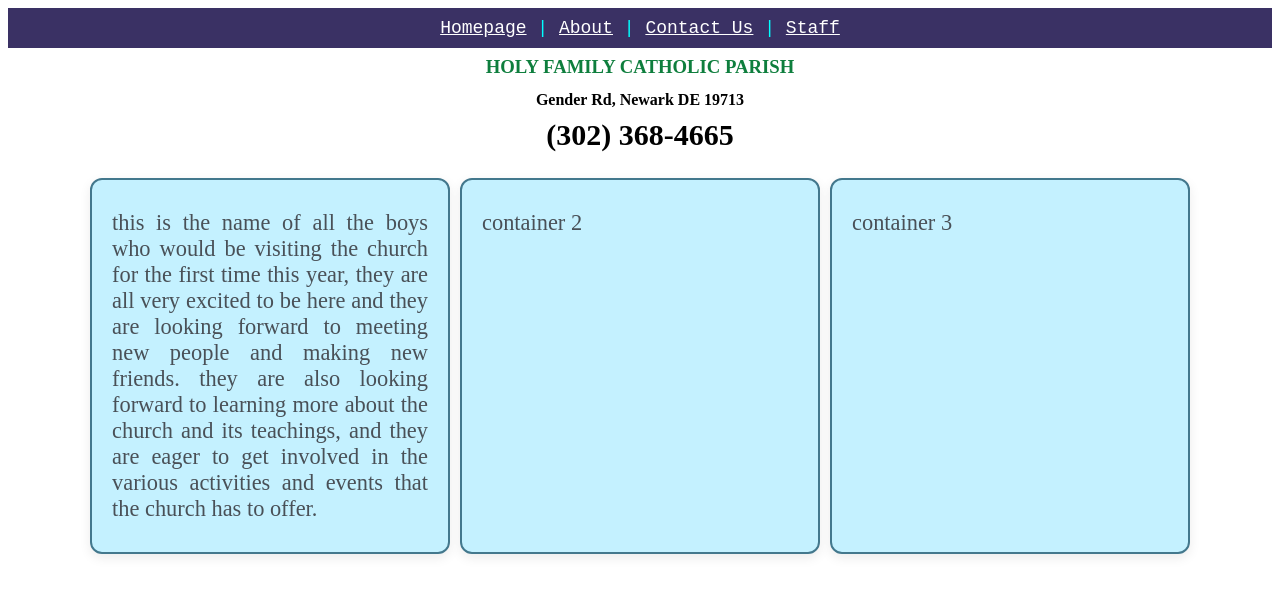
Repository: ficotims/HTML-RESTART
Page: Homepage.html
These files come from the project's save history. The page is drawn as it stood at one moment and after the next save; the edit follows.
The browser window is 1280 px wide. The pictures show the whole page.

Above is the page before, as saved 2026-02-10 23:03:11.

After the next save:
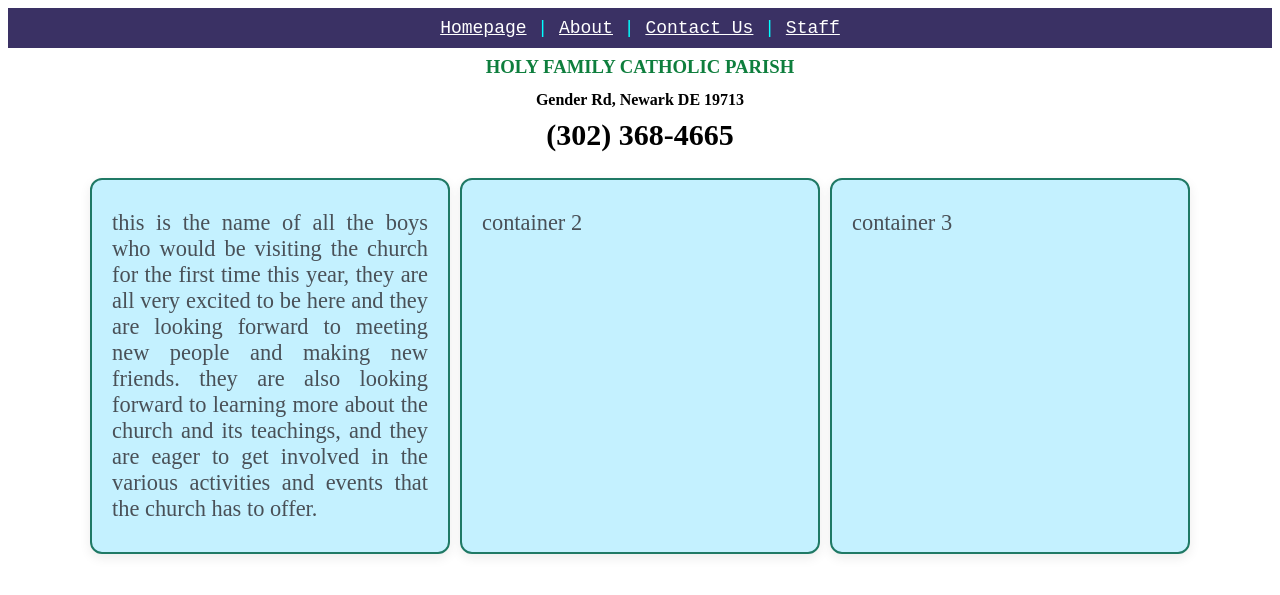
Saved 10 s later.
--- a/Style 1.css
+++ b/Style 1.css
@@ -16,7 +16,7 @@ margin: 50px;}
   flex: 1;             /* each box grows equally */
   min-width: 220px;    /* prevents them from becoming too narrow */
   background: #c4f1ff;
-  border: 2px solid #43788d;
+  border: 2px solid #1f7965;
   border-radius: 12px;
   padding: 30px 20px;
   text-align: justify;
